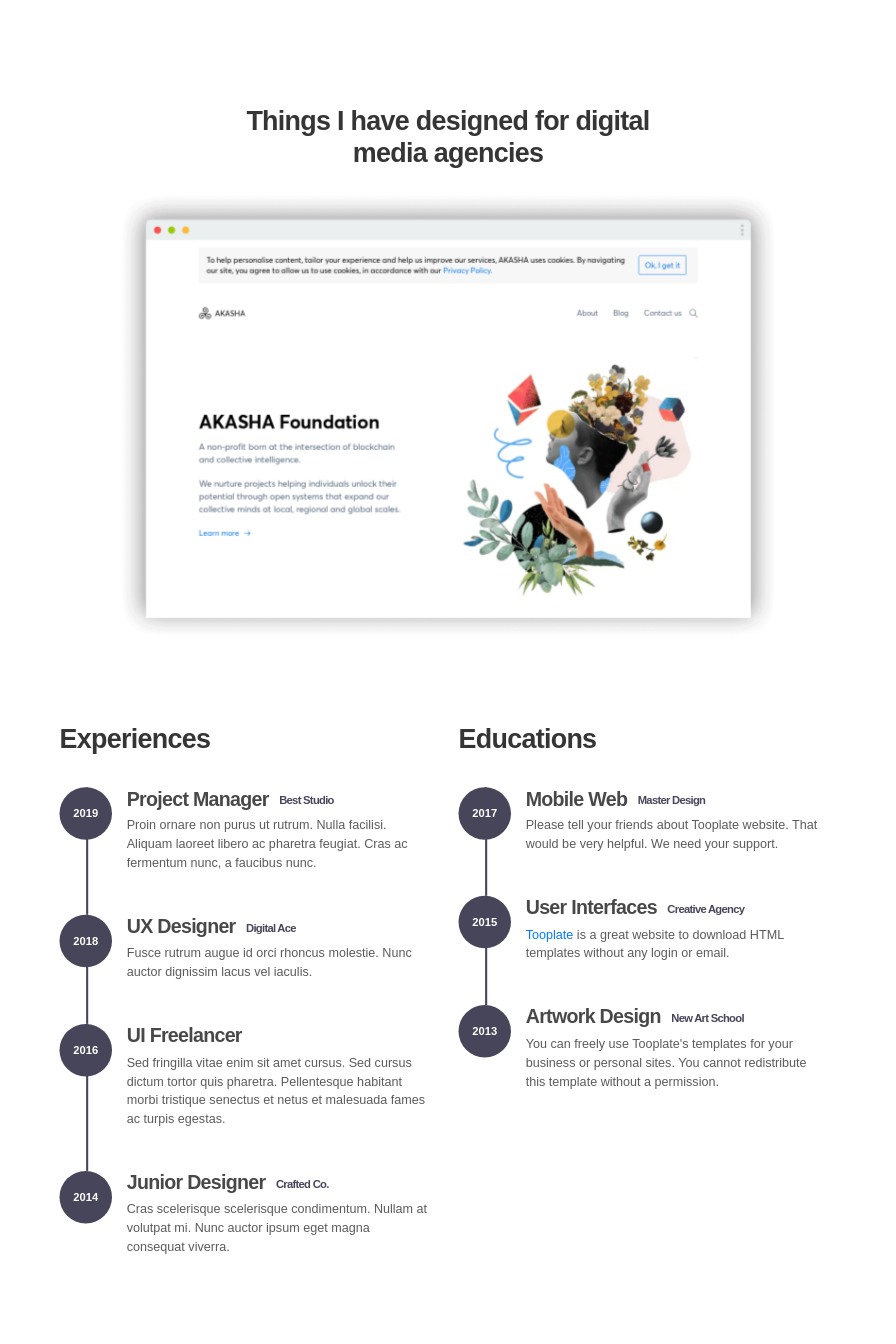
Repository: Tanmay-Kayande/Myportfolio
Page: http://localhost/myproject/
These files come from the project's save history. The page is drawn as it stood at one moment and after the next save; the edit follows.
The browser window is 1280 px wide. The pictures show the part of the page from y = 544 to 2464 px (the page is 3172 px tall before and 3161 px after), at 70% of full size.
Pictures or frames that could not be fetched are drawn as grey boxes. Some web fonts or font styles are not loaded; a fallback is used. The page is served by Tomcat 9. Other server files are loaded and not shown.

Above is the page before, as saved 2024-01-24 06:59:42.

### myproject/src/main/webapp/index.jsp
<!doctype html>
<%@page import="com.pojo.Projectpojo"%>
<%@page import="java.util.ArrayList"%>
<%@page import="com.dao.ProjectDao"%>
<html lang="en">
<head>
<meta charset="utf-8">
<meta name="viewport"
	content="width=device-width, initial-scale=1, shrink-to-fit=no">
<meta name="description" content="">
<meta name="author" content="">

<title>Tanmay's Portfolio</title>

<link rel="stylesheet" href="css/bootstrap.min.css">
<link rel="stylesheet" href="css/unicons.css">
<link rel="stylesheet" href="css/owl.carousel.min.css">
<link rel="stylesheet" href="css/owl.theme.default.min.css">

<!-- MAIN STYLE -->
<link rel="stylesheet" href="css/tooplate-style.css">


</head>

<%@include file="message.jsp"%>

<body>

	<!-- MENU -->
	<nav class="navbar navbar-expand-sm navbar-light">
		<div class="container">
			<a class="navbar-brand" href="index.html"><i class='uil uil-user'></i>
				Tanmay</a>

			<button class="navbar-toggler" type="button" data-toggle="collapse"
				data-target="#navbarNav" aria-controls="navbarNav"
				aria-expanded="false" aria-label="Toggle navigation">
				<span class="navbar-toggler-icon"></span> <span
					class="navbar-toggler-icon"></span> <span
					class="navbar-toggler-icon"></span>
			</button>

			<div class="collapse navbar-collapse" id="navbarNav">
				<ul class="navbar-nav mx-auto">
					<li class="nav-item"><a href="#about" class="nav-link"><span
							data-hover="About">About</span></a></li>
					<li class="nav-item"><a href="#project" class="nav-link"><span
							data-hover="Projects">Projects</span></a></li>
					<li class="nav-item"><a href="#resume" class="nav-link"><span
							data-hover="Resume">Resume</span></a></li>
					<li class="nav-item"><a href="#contact" class="nav-link"><span
							data-hover="Contact">Contact</span></a></li>
				</ul>

				<ul class="navbar-nav ml-lg-auto">
					<div class="ml-lg-4">
						<div
							class="color-mode d-lg-flex justify-content-center align-items-center">
							<i class="color-mode-icon"></i> Color mode
						</div>
					</div>
				</ul>
			</div>
		</div>
	</nav>

	<!-- ABOUT -->
	<section
		class="about full-screen d-lg-flex justify-content-center align-items-center"
		id="about">
		<div class="container">
			<div class="row">

				<div class="col-lg-7 col-md-12 col-12 d-flex align-items-center">
					<div class="about-text">
						<small class="small-text">Welcome to <span
							class="mobile-block">my portfolio website!</span></small>
						<h1 class="animated animated-text">
							<span class="mr-2">Hey folks, I'm</span>
							<div class="animated-info">
								<span class="animated-item">Tanmay Kayande</span> <span
									class="animated-item">Java Developer</span> <span
									class="animated-item">Fresher</span>
							</div>
						</h1>

						<p>Building a successful product is a challenge. I am highly
							energetic in user experience design, interfaces and web
							development.</p>

						<div class="custom-btn-group mt-4">
							<a href="#" class="btn mr-lg-2 custom-btn"><i
								class='uil uil-file-alt'></i> Download Resume</a> <a href="#contact"
								class="btn custom-btn custom-btn-bg custom-btn-link">Get a
								free quote</a>
						</div>
					</div>
				</div>

				<div class="col-lg-5 col-md-12 col-12">
					<div class="about-image svg">
						<img src="images/undraw/undraw_software_engineer_lvl5.svg"
							class="img-fluid" alt="svg image">
					</div>
				</div>

			</div>
		</div>
	</section>

	<!-- PROJECTS -->
	<section class="project py-5" id="project">
		<div class="container">

			<div class="row">
				<div class="col-lg-11 text-center mx-auto col-12">

					<div class="col-lg-8 mx-auto">
						<h2>Things I have designed for digital media agencies</h2>
					</div>

					<div class="owl-carousel owl-theme">
						<!-- loop -->
						<%-- <%
						ArrayList<Object> al = new ProjectDao().read();

						for (int index = al.size() - 1; index >= 0; index--) {
							Projectpojo p = (Projectpojo) al.get(index);
						%>

						<div class="item">
							<div class="project-info">
								<img src="images/myprojects/<%=p.getFilename()%>"
								class="img-fluid" alt="project image">

							</div>
						</div>

						<%
						}
						%> --%>
						  <div class="item">
                          <div class="project-info">
                            <img src="images/project/project-image02.png" class="img-fluid" alt="project image">
                          </div>
                        </div>

                      <!--  <div class="item">
                          <div class="project-info">
                            <img src="images/project/project-image03.png" class="img-fluid" alt="project image">
                          </div>
                        </div>

                        <div class="item">
                          <div class="project-info">
                            <img src="images/project/project-image04.png" class="img-fluid" alt="project image">
                          </div>
                        </div>

                        <div class="item">
                          <div class="project-info">
                            <img src="images/project/project-image05.png" class="img-fluid" alt="project image">
                          </div>
                        </div>
                      </div> -->

					</div>
				</div>
			</div>
	</section>

	<!-- FEATURES -->
	<section
		class="resume py-5 d-lg-flex justify-content-center align-items-center"
		id="resume">
		<div class="container">
			<div class="row">

				<div class="col-lg-6 col-12">
					<h2 class="mb-4">Experiences</h2>

					<div class="timeline">
						<div class="timeline-wrapper">
							<div class="timeline-yr">
								<span>2019</span>
							</div>
							<div class="timeline-info">
								<h3>
									<span>Project Manager</span><small>Best Studio</small>
								</h3>
								<p>Proin ornare non purus ut rutrum. Nulla facilisi. Aliquam
									laoreet libero ac pharetra feugiat. Cras ac fermentum nunc, a
									faucibus nunc.</p>
							</div>
						</div>

						<div class="timeline-wrapper">
							<div class="timeline-yr">
								<span>2018</span>
							</div>
							<div class="timeline-info">
								<h3>
									<span>UX Designer</span><small>Digital Ace</small>
								</h3>
								<p>Fusce rutrum augue id orci rhoncus molestie. Nunc auctor
									dignissim lacus vel iaculis.</p>
							</div>
						</div>

						<div class="timeline-wrapper">
							<div class="timeline-yr">
								<span>2016</span>
							</div>
							<div class="timeline-info">
								<h3>
									<span>UI Freelancer
								</h3>
								<p>Sed fringilla vitae enim sit amet cursus. Sed cursus
									dictum tortor quis pharetra. Pellentesque habitant morbi
									tristique senectus et netus et malesuada fames ac turpis
									egestas.</p>
							</div>
						</div>

						<div class="timeline-wrapper">
							<div class="timeline-yr">
								<span>2014</span>
							</div>
							<div class="timeline-info">
								<h3>
									<span>Junior Designer<small>Crafted Co.</small>
								</h3>
								<p>Cras scelerisque scelerisque condimentum. Nullam at
									volutpat mi. Nunc auctor ipsum eget magna consequat viverra.</p>
							</div>
						</div>

					</div>
				</div>

				<div class="col-lg-6 col-12">
					<h2 class="mb-4 mobile-mt-2">Educations</h2>

					<div class="timeline">
						<div class="timeline-wrapper">
							<div class="timeline-yr">
								<span>2017</span>
							</div>
							<div class="timeline-info">
								<h3>
									<span>Mobile Web</span><small>Master Design</small>
								</h3>
								<p>Please tell your friends about Tooplate website. That
									would be very helpful. We need your support.</p>
							</div>
						</div>

						<div class="timeline-wrapper">
							<div class="timeline-yr">
								<span>2015</span>
							</div>
							<div class="timeline-info">
								<h3>
									<span>User Interfaces</span><small>Creative Agency</small>
								</h3>
								<p>
									<a rel="nofollow" href="https://www.facebook.com/tooplate">Tooplate</a>
									is a great website to download HTML templates without any login
									or email.
								</p>
							</div>
						</div>

						<div class="timeline-wrapper">
							<div class="timeline-yr">
								<span>2013</span>
							</div>
							<div class="timeline-info">
								<h3>
									<span>Artwork Design</span><small>New Art School</small>
								</h3>
								<p>You can freely use Tooplate's templates for your business
									or personal sites. You cannot redistribute this template
									without a permission.</p>
							</div>
						</div>

					</div>
				</div>

			</div>
		</div>
	</section>

	<!-- CONTACT -->
	<section class="contact py-5" id="contact">
		<div class="container">
			<div class="row">

				<div class="col-lg-5 mr-lg-5 col-12">
					<div class="google-map w-100">
						<iframe
							src="https://www.google.com/maps/embed?pb=!1m18!1m12!1m3!1d12088.558402180099!2d-73.99373482142036!3d40.75895421922642!2m3!1f0!2f0!3f0!3m2!1i1024!2i768!4f13.1!3m3!1m2!1s0x89c25855b8fb3083%3A0xa0f9aef176042a5c!2sTheater+District%2C+New+York%2C+NY%2C+USA!5e0!3m2!1sen!2smm!4v1549875377188"
							width="400" height="300" frameborder="0" style="border: 0"
							allowfullscreen></iframe>
					</div>

					<div
						class="contact-info d-flex justify-content-between align-items-center py-4 px-lg-5">
						<div class="contact-info-item">
							<h3 class="mb-3 text-white">Say hello</h3>
							<p class="footer-text mb-0">010 020 0960</p>
							<p>
								<a href="mailto:hello@company.co">hello@company.co</a>
							</p>
						</div>

						<ul class="social-links">
							<li><a href="#" class="uil uil-dribbble"
								data-toggle="tooltip" data-placement="left" title="Dribbble"></a></li>
							<li><a href="#" class="uil uil-instagram"
								data-toggle="tooltip" data-placement="left" title="Instagram"></a></li>
							<li><a href="#" class="uil uil-youtube"
								data-toggle="tooltip" data-placement="left" title="Youtube"></a></li>
						</ul>
					</div>
				</div>

				<div class="col-lg-6 col-12">
					<div class="contact-form">
						<h2 class="mb-4">Interested to work together? Let's talk</h2>

						<form action="Message" method="post">
							<div class="row">
								<div class="col-lg-6 col-12">
									<input type="text" class="form-control" name="name"
										placeholder="Your Name" id="name">
								</div>

								<div class="col-lg-6 col-12">
									<input type="email" class="form-control" name="email"
										placeholder="Email" id="email">
								</div>

								<div class="col-12">
									<textarea name="message" rows="6" class="form-control"
										id="message" placeholder="Message"></textarea>
								</div>

								<div class="ml-lg-auto col-lg-5 col-12">
									<input type="submit" class="form-control submit-btn"
										value="Send Button">
								</div>
							</div>
						</form>
					</div>
				</div>

			</div>
		</div>
	</section>

	<!-- FOOTER -->
	<footer class="footer py-5">
		<div class="container">
			<div class="row">

				<div class="col-lg-12 col-12">
					<p class="copyright-text text-center">Copyright &copy; 2019
						Company Name . All rights reserved</p>
					<p class="copyright-text text-center">
						Designed by <a rel="nofollow"
							href="https://www.facebook.com/tooplate">Tooplate</a>
					</p>
				</div>

			</div>
		</div>
	</footer>

	<script src="js/jquery-3.3.1.min.js"></script>
	<script src="js/popper.min.js"></script>
	<script src="js/bootstrap.min.js"></script>
	<script src="js/Headroom.js"></script>
	<script src="js/jQuery.headroom.js"></script>
	<script src="js/owl.carousel.min.js"></script>
	<script src="js/smoothscroll.js"></script>
	<script src="js/custom.js"></script>

</body>
</html>

### myproject/src/main/webapp/message.jsp

<%
	String message =(String) session.getAttribute("msg");
	if(message!= null){

		if(message.equals("Message sent successfully")){
%>
		<h1 style="text-align: center; color: blue"><%=message %></h1>
<%
		}
		else{
%>
		<h1 style="text-align: center; color: red"><%=message %></h1>
<%
		}
	}
	session.removeAttribute("msg");
%>

### myproject/src/main/webapp/css/tooplate-style.css
/*

Tooplate 2115 Marvel

https://www.tooplate.com/view/2115-marvel

*/


@import url("https://fonts.googleapis.com/css?family=Maven+Pro:400,700");
body {
  font-family: "Maven Pro", sans-serif;
  padding-top: 70px;
}

.full-screen {
  padding: 8rem 0;
}

.small-text {
  color: #5b5b5b;
  font-size: 14px;
  font-weight: bold;
  padding: 8px 16px;
  border-radius: 50px;
  letter-spacing: 0.2px;
}

ul {
  margin: 0;
  padding: 0;
}
ul li {
  list-style: none;
}

a {
  font-weight: normal;
  text-decoration: none !important;
  transition: all 0.4s ease;
}
a:hover {
  color: #ffc200 !important;
}

.navbar-brand .uil {
  font-size: 40px;
}

p {
  font-size: 18px;
  font-weight: 300;
  line-height: 1.5;
  color: #5b5b5b;
}

h1, h2, h3, h4, h5, h6 {
  font-weight: bold;
  letter-spacing: -1px;
}

h1 {
  color: #212121;
  font-size: 2.8em;
  margin: 24px 0;
}

h2 {
  color: #353535;
  font-size: 2.4em;
  font-weight: bold;
}

h3 {
  color: #484848;
}

h3,
b, strong {
  font-weight: bold;
}

.custom-btn {
  background: #eee;
  color: #5b5b5b;
  font-weight: bold;
  border-radius: 50px;
  padding: 13px 29px;
  font-size: 14px;
  line-height: normal;
  overflow: hidden;
  transition: all 0.4s ease;
}
.custom-btn:hover {
  color: #ffc200;
}
.custom-btn.custom-btn-bg {
  background: #474559;
  color: #ffffff;
}
.custom-btn.custom-btn-bg:hover {
  background: #ffc200;
  color: #ffffff !important;
}

.animated {
  position: relative;
}

.animated-info {
  display: inline-block;
  vertical-align: top;
  margin-top: 5px;
  min-width: 460px;
  position: relative;
}

.animated-item {
  color: #ffc200;
}

.animated-item {
  font-size: 38px;
  line-height: inherit;
  display: block;
  opacity: 0;
  overflow: hidden;
  position: absolute;
  top: 0;
  right: 0;
  left: 0;
  animation: BottomTotop 6s linear infinite 0s;
}
.animated-item:nth-child(2n+2) {
  animation-delay: 2s;
}
.animated-item:nth-child(3n+3) {
  animation-delay: 4s;
}

@keyframes BottomTotop {
  0% {
    opacity: 0;
  }
  5% {
    opacity: 0;
    transform: translateY(5px);
  }
  10% {
    opacity: 1;
    transform: translateY(0px);
  }
  25% {
    opacity: 1;
    transform: translateY(0px);
  }
  30% {
    opacity: 0;
    transform: translateY(5px);
  }
  80% {
    opacity: 0;
  }
  100% {
    opacity: 0;
  }
}
.navbar {
  position: fixed;
  top: 0;
  right: 0;
  left: 0;
  z-index: 999999;
  will-change: transform;
  transition: transform 200ms linear;
}
.navbar[class*="-unpinned"] {
  transform: translate(0, -150%);
}
.navbar[class*="-pinned"] {
  transform: translate(0, 0);
}
.navbar[class*="headroom--not-top"] {
  background: #ffffff;
  border-bottom: 1px solid #f0f0f0;
  padding-top: 0;
  padding-bottom: 0;
}

.navbar-brand {
  font-weight: bold;
}

.navbar-expand-sm .navbar-nav .nav-link {
  padding: 0 20px;
}

.nav-link {
  font-weight: bold;
  font-size: 16px;
  overflow: hidden;
}
.nav-link span {
  position: relative;
  display: inline-block;
  transition: transform 0.3s;
}
.nav-link span:before {
  position: absolute;
  top: 100%;
  content: attr(data-hover);
  transform: translate3d(0, 0, 0);
}

.navbar-light .navbar-nav .nav-link:focus,
.navbar-light .navbar-nav .nav-link:hover {
  color: #ffc200;
  font-weight: bold;
}
.navbar-light .navbar-nav .nav-link:focus span,
.navbar-light .navbar-nav .nav-link:hover span {
  transform: translateY(-100%);
}

.navbar-light .navbar-toggler-icon {
  background: none;
}

.navbar-toggler {
  border: 0;
  padding: 0;
  width: 32px;
  height: 32px;
  line-height: 32px;
  outline: none;
  cursor: pointer;
  margin-right: 10px;
}
.navbar-toggler:focus {
  outline: none;
}
.navbar-toggler[aria-expanded="true"] .navbar-toggler-icon:first-child {
  transform: rotate(45deg);
  top: 6px;
}
.navbar-toggler[aria-expanded="true"] .navbar-toggler-icon:nth-child(2) {
  display: none;
}
.navbar-toggler[aria-expanded="true"] .navbar-toggler-icon:last-child {
  transform: rotate(-45deg);
  bottom: 1px;
}
.navbar-toggler .navbar-toggler-icon {
  background: #212121;
  display: block;
  width: 100%;
  height: 2px;
  margin: 5px 0;
  transition: all 0.4s ease;
  position: relative;
}

.copyright-text {
  font-size: 16px;
  font-weight: normal;
  display: block;
}

.color-mode {
  font-weight: bold;
  cursor: pointer;
}

.color-mode-icon {
  position: relative;
  right: 6px;
}
.color-mode-icon:after {
  font-family: 'unicons';
  content: '\ea9f';
  font-size: 30px;
  font-weight: 300;
  font-style: normal;
}
.color-mode-icon.active:after {
  font-family: 'unicons';
  content: '\eb65';
  font-size: 30px;
  color: #ffffff;
}

.dark-mode {
  background: #0c0c0d;
}
.dark-mode .navbar-light .navbar-nav .nav-link {
  color: rgba(255, 255, 255, 0.8);
}
.dark-mode .navbar-light .navbar-nav .nav-link:hover {
  color: #ffc200;
}
.dark-mode .navbar[class*="headroom--not-top"] {
  background: #0c0c0d;
  border-bottom: 1px solid #1f1f1f;
}
.dark-mode .small-text {
  background: #0d0c15;
  color: #ffffff;
}
.dark-mode .feature-card .uil,
.dark-mode .navbar-light .navbar-brand,
.dark-mode h1, .dark-mode h2, .dark-mode h3, .dark-mode h4, .dark-mode h5, .dark-mode h6,
.dark-mode .color-mode {
  color: #ffffff;
}
.dark-mode .owl-carousel .owl-nav button.owl-next,
.dark-mode .owl-carousel .owl-nav button.owl-prev,
.dark-mode .owl-carousel button.owl-dot {
  color: #ffffff;
}

.timeline-wrapper {
  position: relative;
  padding: 22px 0;
}
.timeline-wrapper:last-child:before {
  height: 0;
}
.timeline-wrapper:before {
  content: "";
  background: #474559;
  width: 3px;
  height: 100%;
  position: absolute;
  left: 38px;
}

.timeline-yr {
  background: #474559;
  border-radius: 100%;
  position: absolute;
  width: 75px;
  height: 75px;
  line-height: 75px;
  text-align: center;
}
.timeline-yr span {
  color: #ffffff;
  font-size: 16px;
  font-weight: bold;
  display: block;
  line-height: 75px;
}

.timeline-info {
  display: inline-block;
  vertical-align: top;
  max-width: 432px;
  margin-left: 6em;
}
.timeline-info small {
  color: #474559;
  font-size: 16px;
  font-weight: bold;
  display: inline-block;
  vertical-align: middle;
  margin-left: 15px;
}

.owl-carousel .owl-nav span {
  display: none;
}
.owl-carousel .owl-nav .owl-prev:before,
.owl-carousel .owl-nav .owl-next:before {
  background: none;
  padding: 0;
  display: block;
  position: absolute;
  top: 50%;
  transform: translate(0, -50%);
  font-family: 'unicons';
  font-size: 100px;
  line-height: normal;
}
.owl-carousel .owl-nav .owl-prev:before {
  content: '\e833';
  left: -45px;
}
.owl-carousel .owl-nav .owl-next:before {
  content: '\e836';
  right: -45px;
}

.owl-theme .owl-nav [class*=owl-] {
  background: none;
  border-radius: 0;
  margin: 0;
  padding: 0;
  font-size: inherit;
}
.owl-theme .owl-nav [class*=owl-]:hover {
  color: #ffc200;
}
.owl-theme .owl-dots .owl-dot {
  outline: none;
}
.owl-theme .owl-dots .owl-dot span {
  width: 8px;
  height: 8px;
}
.owl-theme .owl-dots .owl-dot.active span, .owl-theme .owl-dots .owl-dot:hover span {
  background: #5b5b5b;
}

.google-map iframe {
  width: 100%;
}

.contact-form {
  position: relative;
}
.contact-form .form-control {
  background: transparent;
  border-radius: 2px;
  outline: none;
  box-shadow: none;
  font-weight: bold;
  margin: 16px 0;
}
.contact-form .form-control:not(textarea) {
  height: 48px;
}
.contact-form .form-control:hover, .contact-form .form-control:focus {
  border-color: #ffc200;
}
.contact-form .submit-btn {
  background: #ffc200;
  border-radius: 50px;
  color: #ffffff;
  font-weight: bold;
  border: 0;
  cursor: pointer;
  transition: all 0.4s ease;
}
.contact-form .submit-btn:hover {
  background: #474559;
}

.contact-info {
  background: #474559;
  border-radius: 0 0 3px 3px;
  position: relative;
  bottom: 8px;
}
.contact-info p, .contact-info a {
  color: #f7f3f3;
}

.social-links .uil {
  color: #f7f3f3;
  font-size: 20px;
  display: block;
  margin: 5px 0;
}
.social-links .uil:hover {
  color: #ffc200;
}

@media (min-width: 1270px) {
  .owl-theme .owl-dots {
    position: relative;
    bottom: 50px;
  }
}
@media (max-width: 991px) {
  .full-screen {
    padding-bottom: 4rem;
  }

  .color-mode {
    display: none;
  }

  .about-image {
    margin-top: 4em;
  }

  .mobile-mt-2,
  .contact-form {
    margin-top: 2em;
  }

  .contact-info {
    padding: 0 2rem;
  }
}
@media (max-width: 767px) {
  h1 {
    font-size: 2.4em;
  }

  h2 {
    font-size: 2em;
  }

  .animated-item {
    font-size: 28px;
  }

  .navbar-collapse {
    background: #ffffff;
    text-align: center;
    padding-bottom: 20px;
  }

  .navbar-expand-sm .navbar-nav .nav-link {
    padding: 3px 20px;
  }
}
@media (max-width: 580px) {
	.animated-info {
		min-width: 200px;
	}
  .animated-item {
    font-size: 30px;
  }

  .custom-btn-group {
    text-align: center;
  }

  .custom-btn {
    display: block;
    margin: 10px 0;
  }

  .owl-theme .owl-nav {
    display: none;
  }

  .timeline-info small {
    display: block;
    margin: 10px 0 0 0;
  }
}
@media (max-width: 320px) {
  .animated-text {
    margin-top: 0;
  }

  .about-text {
    text-align: center;
  }

  .full-screen {
    padding: 4rem 0;
  }

  .mobile-block {
    display: block;
  }

  .contact-info {
    flex-direction: column;
  }

  .social-links li {
    display: inline-block;
    vertical-align: top;
  }
}

Loaded but not shown: myproject/src/main/webapp/css/bootstrap.min.css (library); myproject/src/main/webapp/css/owl.carousel.min.css (library); myproject/src/main/webapp/css/owl.theme.default.min.css (common file); myproject/src/main/webapp/js/jquery-3.3.1.min.js (library); myproject/src/main/webapp/js/popper.min.js (library); myproject/src/main/webapp/js/bootstrap.min.js (library); myproject/src/main/webapp/js/Headroom.js (library); myproject/src/main/webapp/js/jQuery.headroom.js (common file); myproject/src/main/webapp/js/owl.carousel.min.js (library); myproject/src/main/webapp/images/undraw/undraw_software_engineer_lvl5.svg (1 lines, source omitted); myproject/src/main/webapp/js/smoothscroll.js (33 lines, source omitted); myproject/src/main/webapp/js/custom.js (36 lines, source omitted); myproject/src/main/webapp/css/unicons.css (1058 lines, source omitted)

After the next save:
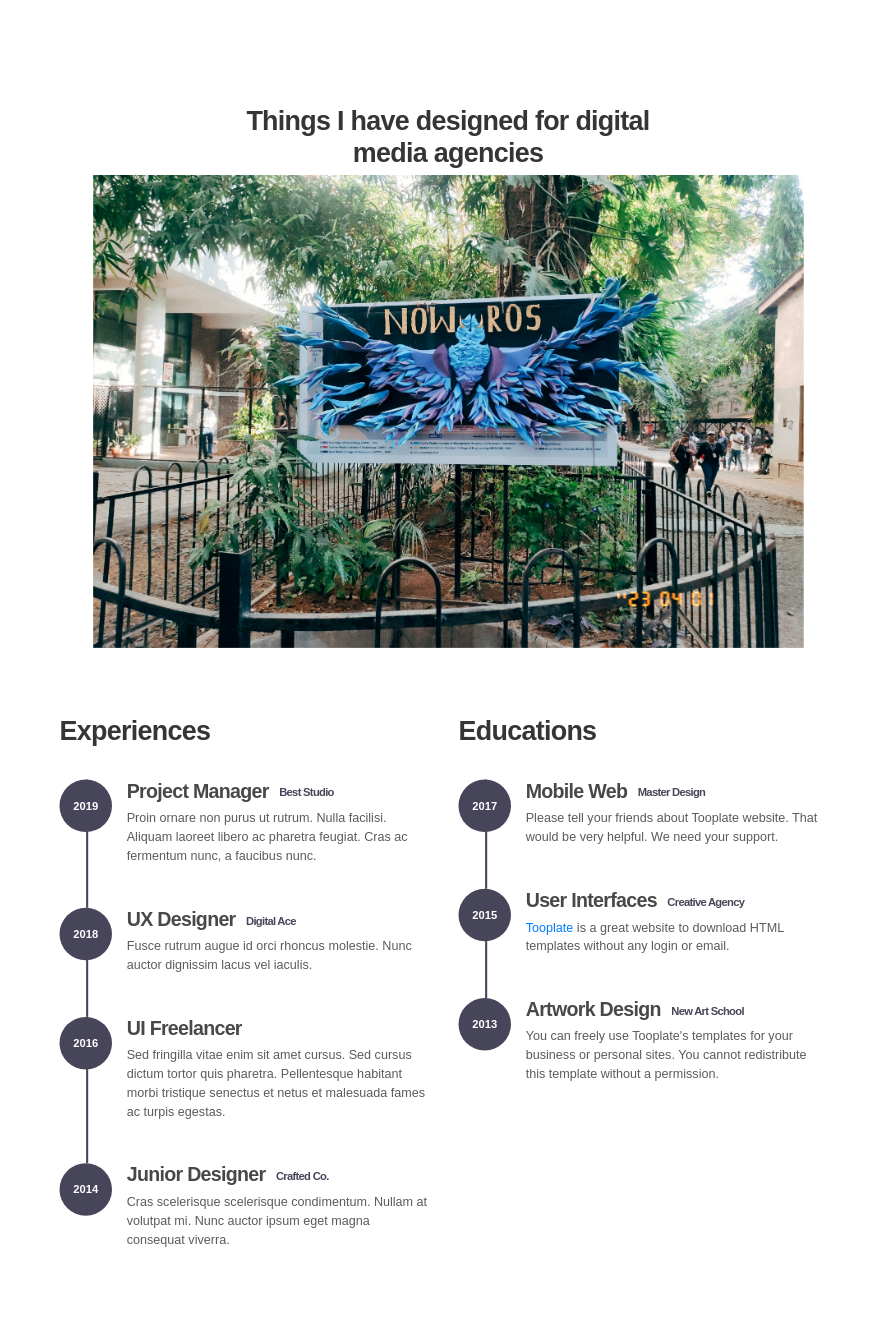
Saved 2 min 53 s later.
--- a/myproject/src/main/webapp/index.jsp
+++ b/myproject/src/main/webapp/index.jsp
@@ -142,7 +142,7 @@
 						%> --%>
 						  <div class="item">
                           <div class="project-info">
-                            <img src="images/project/project-image02.png" class="img-fluid" alt="project image">
+                            <img src="images/myprojects/2024-01-24T121206.905543200FIMO_1680350505253.jpg" class="img-fluid" alt="project image">
                           </div>
                         </div>
 
